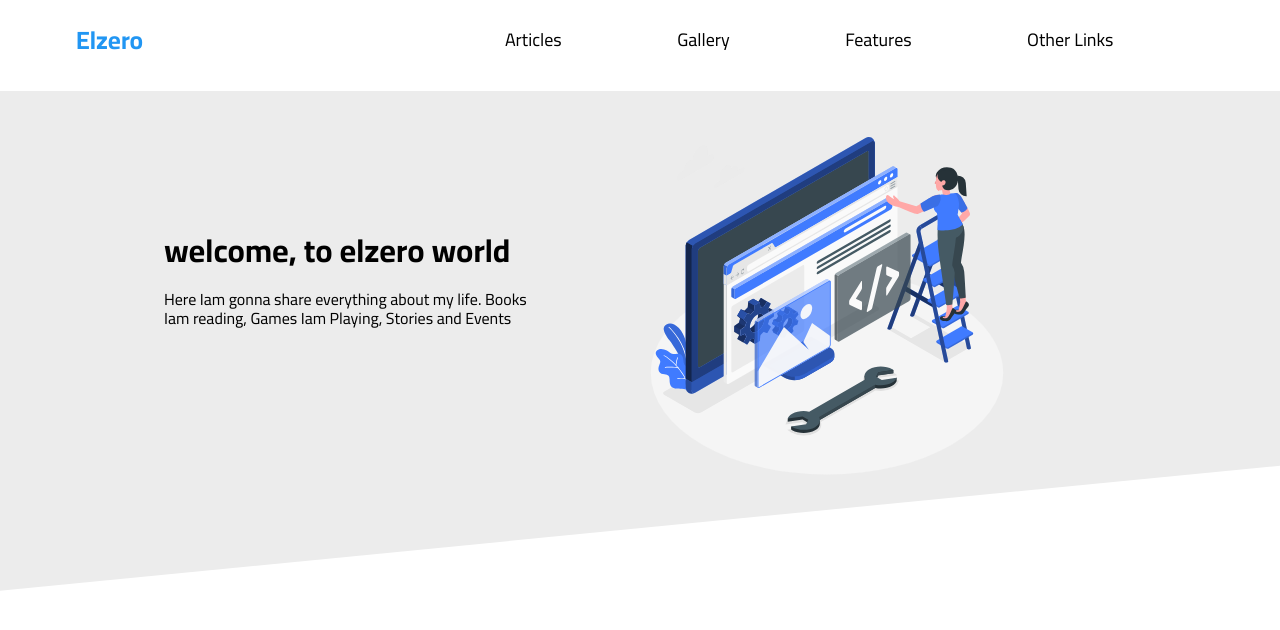
Repository: Toqa-25/elzeroAcdemey-Templete
Page: index.html
These files come from the project's save history. The page is drawn as it stood at one moment and after the next save; the edit follows.
The browser window is 1280 px wide. The pictures show the whole page.

Above is the page before, as saved 2022-01-16 21:30:44.

### index.html
<!DOCTYPE html>
<html lang="en">
<head>
    <meta charset="UTF-8">
    <meta http-equiv="X-UA-Compatible" content="IE=edge">
    <meta name="viewport" content="width=device-width, initial-scale=1.0">
    <!-- normalize file -->
    <link rel="stylesheet" href="css/normalize.css">
    <!-- css files -->
    <link rel="stylesheet" href="css/style.css">
    <!-- fontAwosem file -->
    <link rel="stylesheet" href="css/all.min.css">
     <!-- font files -->
     <link rel="preconnect" href="https://fonts.googleapis.com">
    <link rel="preconnect" href="https://fonts.gstatic.com" crossorigin>
    <link href="https://fonts.googleapis.com/css2?family=Cairo:wght@200;400;700;800;900&display=swap" rel="stylesheet">
    <!-- page title -->
    <title>templete 3</title>
</head>
<body>
    <!-- header section -->
    <header id="" class="">
        <div class="container">
            <div class="header-content">
                <div class="header-content-logo">
                    <a href="index.html" class="logo link-none">Elzero</a>
                </div>
                <nav>
                    <ul class="nav-list unlist">
                        <li class="nav-list-item"> <a href="" class="link-none  link-style" id="articles">articles</a></li>
                        <li class="nav-list-item"> <a href="" class="link-none  link-style" id="gallery">gallery</a></li>
                        <li class="nav-list-item"> <a href="" class="link-none  link-style" id="features">features</a></li>
                        <li class="nav-list-item" id="parent-other-links"> <a href="javascript:;" class="link-none  link-style " >other links</a>
                            <div class="other-links " id="child-other-links">
           <div class="other-links-content">
            <div class="other-links-content-img">
                <img src="images/header/Video files-amico.svg" alt="">
            </div>

            <ul class="other-links-list unlist">
            <div class="other-links-list-group-one">
              <li id="" class="other-links-list-item"><a href="" class="link-none  link-style "><i class="far fa-comments"></i> testimonials</a></li>
              <li id="" class="other-links-list-item"><a href="" class="link-none  link-style "><i class="far fa-user"></i> team member</a></li>
              <li id="" class="other-links-list-item"><a href="" class="link-none  link-style"><i class="far fa-building"></i> services</a></li>
              <li id="" class="other-links-list-item"><a href="" class="link-none  link-style"><i class="far fa-check-circle"></i> our skils</a></li>
              <li id="" class="other-links-list-item"><a href="" class="link-none  link-style"><i class="far fa-clipboard"></i> how it work</a></li>
            </div>
            <div class="other-links-list-group-one">
                <li id="" class="other-links-list-item"><a href="" class="link-none  link-style"><i class="far fa-calendar-alt"></i> events</a></li>
                <li id="" class="other-links-list-item"><a href="" class="link-none  link-style"><i class="fas fa-server"></i> pricing planes</a></li>
                <li id="" class="other-links-list-item"><a href="" class="link-none  link-style"><i class="far fa-play-circle"></i> top video</a></li>
                <li id="" class="other-links-list-item"><a href="" class="link-none  link-style"><i class="fas fa-chart-bar"></i> states</a></li>
                <li id="" class="other-links-list-item"><a href="" class="link-none  link-style"><i class="fas fa-percent"></i> request a discount</a></li>
            </div>
        </ul>
       </div>
       </div>
                        </li>

                    </ul>
                </nav>
            </div>
        </div>
    </header>
    <!-- welcom section -->
    <section id="welcome" class="welcome">
        <div class="container">
            <div class="welcome-content">
                <div class="welcome-content-info">
                    <h1 class="welcome-content-info-head">welcome, to elzero world</h1>
                    <div class="welcoome-content-info-text">Here Iam gonna share everything about my life. Books Iam reading, Games Iam Playing, Stories and Events</div>
                </div>
                <div class="welcome-content-img">
                    <img src="images/welcome/Website setup-amico.svg" alt="" srcset="">
                </div>
            </div>
        </div>

    </section>


       <script src="script.js">

       </script>
</body>
</html>

### css/style.css
 /*
  - container
  -section head

 */
 /* global style */
 :root{
     /* --main-color:#45B2F8; */
     --main-color:#2196F3;
     --s-background:#ececec54;
     --f-background:#ececec;
     --p-color:#D6ECEC;
 }

 *{
     box-sizing: border-box;
     margin: 0;
     padding: 0;
 }
html , body{
    width: 100%;
    height: 100%;
    margin: 0;
    padding: 0;
    overflow: hidden;
}
 body{
     font-family: "Cairo", sans-serif;
 }
 .container{
      width: 90%;
      margin:0 auto;
      /* padding: 15px 0; */
 }
 .link-none{
     text-decoration: none;
 }
 .unlist{
     list-style: none;
 }
 .link-style{
    font-size: 18px;
    text-transform: capitalize;
 }

 /* header style */
 header{
   margin-bottom: 10px;
 }
.header-content{
    display: flex;
    justify-content: space-between;
    align-items: center;
    padding: 10px 12px ;
    margin-bottom: 10px;
}
.logo{
    font-weight: bolder;
    font-size:25px;
    color:var(--main-color)
}

nav{
    width: 70%;
}
.nav-list{
    display: flex;
    justify-content: space-evenly;
    align-items: center;
}
.nav-list-item {
    cursor: pointer;
    color:#000;
    padding: 20px  25px;
    position: relative;
    transition: background-color .2s ;
    -webkit-transition: background-color .2s ;
    -moz-transition: background-color .2s ;
    -ms-transition: background-color .2s ;
    -o-transition: background-color .2s ;
}
.nav-list-item::before{
    content: "";
    height: 3px;
    width: 0;
    background-color: var(--main-color);
    position: absolute;
    top: 0px;
    left: 0;
    transition: width .6s;
    -webkit-transition: width .6s;
    -moz-transition: width .6s;
    -ms-transition: width .6s;
    -o-transition: width .6s;
}
.nav-list-item a{
        color:#000;
}

.nav-list-item:hover  {
    background-color: var(--s-background);
}
.nav-list-item:hover  a {
    color:var(--main-color);
}
.nav-list-item:hover::before{
        width: 100%;
}
#parent-other-links{
    position: relative;
}
#parent-other-links:hover #child-other-links{
    transform:translateY(20px) ;
    -webkit-transform:translateY(20px) ;
    -moz-transform:translateY(20px) ;
    -ms-transform:translateY(20px) ;
    -o-transform:translateY(20px) ;
}
/* media query for header*/
@media (max-width:767px){
    .header-content{
        flex-direction:column ;
        padding:5px 12px;
}
.header-content-logo{
    margin-bottom: 5px;
}
nav{
    width: 80%;
}
.nav-list-item{
    padding:17px 10px;
}
.nav-list-item a{
    font-size: 15px;
}
}
                       /*************************************/
/* style for other links */
.other-links{
 /*margin-top: 10px;
 */margin: 10 auto;
 transform: translatey(1000%);
 -webkit-transform: translatey(1000%);
 -moz-transform: translatey(1000%);
 -ms-transform: translatey(1000%);
 -o-transform: translatey(1000%);
 transition: transform .5s;
 -webkit-transition: transform .5s;
 -moz-transition: transform .5s;
 -ms-transition: transform .5s;
 -o-transition: transform .5s;
}
.other-links-content{
    display: flex;
    border-bottom: 4px solid var(--main-color);
    border-top: 2px solid var(--s-background);
}
.other-links-content-img{
    margin:auto;
}
.other-links-content-img img{
    width: 100%;
}
.other-links-list{
    width:55%;
    display: flex;
    justify-content: space-between;
    padding: 10px;
    align-items: center;
}
.other-links-list-group-one{
    width:45%
}
.other-links-list-item{
    padding: 15px ;
    border-bottom: 1px solid rgba(0, 0, 0, 0.337);
    position: relative;
    cursor: pointer;

}
.other-links-list-item:last-child{
    border:none;
}
.other-links-list-item::before{
    content:"";
    position: absolute;
    top: 0;
    left: 0;
    height: 100%;
    width: 0%;
    background-color: var(--s-background);
    transition:width .5s;
    -webkit-transition:width .5s;
    -moz-transition:width .5s;
    -ms-transition:width .5s;
    -o-transition:width .5s;
}
.other-links-list-item:hover::before{
    width: 100%;
}
.other-links-list-item a{
    font-weight: bold;
    color:var(--main-color)
}
.other-links-list-item > a > i{
 margin-right: 10px;
}
.other{
    transform: translatey(20px);
    -webkit-transform: translatey(20px);
    -moz-transform: translatey(20px);
    -ms-transform: translatey(20px);
    -o-transform: translatey(20px);
}
#child-other-links{
    width:85vw;
    position: absolute;
    right: 5px;
    /* background-color: violet; */
}
@media(max-width:991px){
    #child-other-links{
     width:87vw;
    }
     .other-links-content-img{
        display: none;
    }
    .other-links-list{
        width: 100%;
    }
}
@media(max-width:767px){
    #child-other-links{
        width:100vw;
        margin-right: -166px;
    }
     .other-links-list{
        flex-direction: column;
    }
        .other-links-list-group-one{
    width:100%;
}
.other-links-list-item:last-child{
    border-bottom: 1px solid rgba(0, 0, 0, 0.337);
}
 .other-links-list-item a{
     font-size: 18px;
 }
}
/********************************************************************************************/
/* style for other welcome section */

.welcome{
    /* background-color: var(--s-background);
    clip-path: polygon(0 0, 100% 0, 100% 35%, 0 70%);
    margin-bottom: 500px; */
    /* background-color: var(--s-background);
    clip-path: polygon(0 0, 100% 0, 100% 35%, 0 70%);
    margin-bottom: 500px; */
   background-color: var(--f-background);
    clip-path: polygon(0 0, 100% 0, 100% 75%, 0 100%);
    height: 500px;
    padding: 20px 0px;
    margin-bottom: 500px;

}

.welcome-content{
    display: flex;
}
.welcome-content-info{
    width:50%;
    padding: 100px;
}
.welcome-content-img{
    width:50%
}
.welcome-content-img img{
    width:65%
}

### script.js
let otherParent = document.getElementById("parent-other-links");
let otherChild = document.getElementById("child-other-links");
otherParent.onclick = function () {
  otherChild.classList.toggle("other");
};

Loaded but not shown: css/normalize.css (library); css/all.min.css (library)

After the next save:
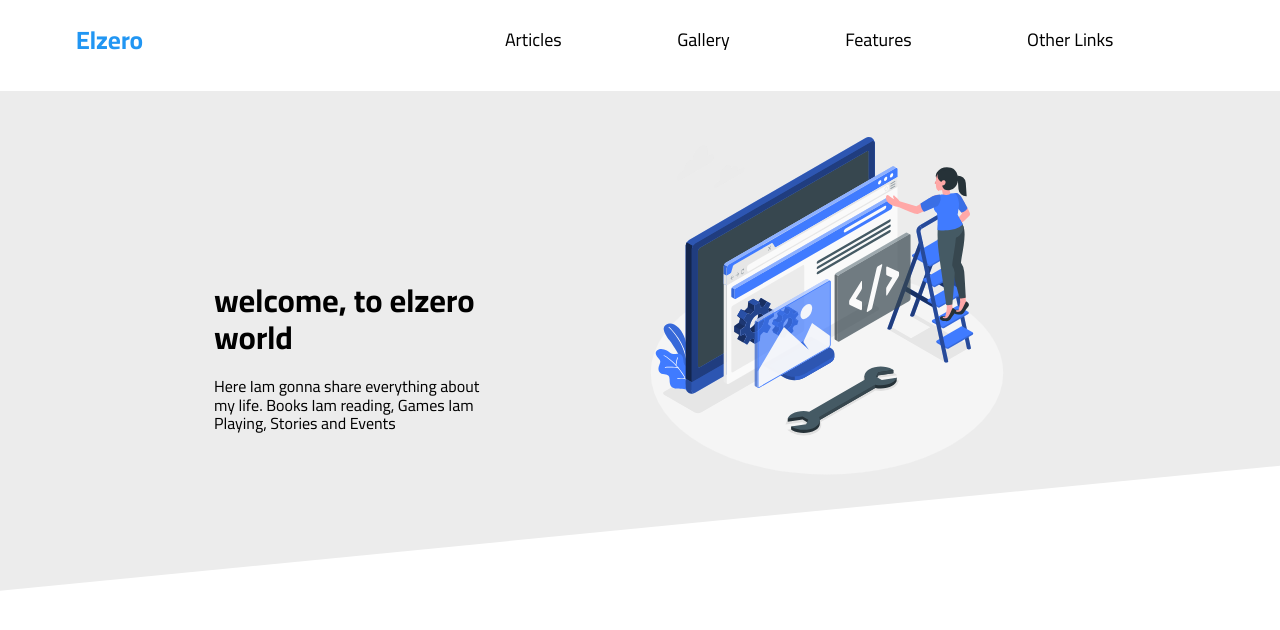
Saved 5 s later.
--- a/css/style.css
+++ b/css/style.css
@@ -271,7 +271,7 @@ nav{
 }
 .welcome-content-info{
     width:50%;
-    padding: 100px;
+    padding: 150px;
 }
 .welcome-content-img{
     width:50%
